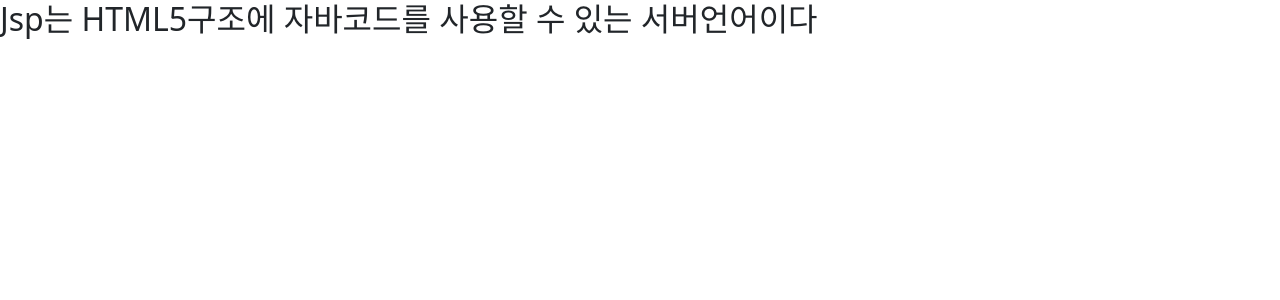
Repository: GANADAG/jspProject
Page: http://localhost/JspProject/day0228/jspStart_01.jsp
These files come from the project's save history. The page is drawn as it stood at one moment and after the next save; the edit follows.
The browser window is 1280 px wide. The pictures show the whole page.
Some web fonts or font styles are not loaded; a fallback is used. The page is served by Tomcat 9. Other server files are loaded and not shown.

Above is the page before, as saved 2024-02-28 00:52:32.

### JspProject/src/main/webapp/day0228/jspStart_01.jsp
<%@ page language="java" contentType="text/html; charset=UTF-8"
    pageEncoding="UTF-8"%>
<!DOCTYPE html>
<html>
<head>
<meta charset="UTF-8">
<link href="https://cdn.jsdelivr.net/npm/bootstrap@5.3.2/dist/css/bootstrap.min.css" rel="stylesheet">
<link href="https://fonts.googleapis.com/css2?family=Diphylleia&family=Dongle&family=Noto+Sans+KR:wght@100..900&family=Orbit&family=Stylish&display=swap" rel="stylesheet">
<script src="https://code.jquery.com/jquery-3.7.0.js"></script>

<title>Insert title here</title>
</head>
<body>
	<h2>Jsp는 HTML5구조에 자바코드를 사용할 수 있는 서버언어이다</h2>
</body>
</html>

After the next save:
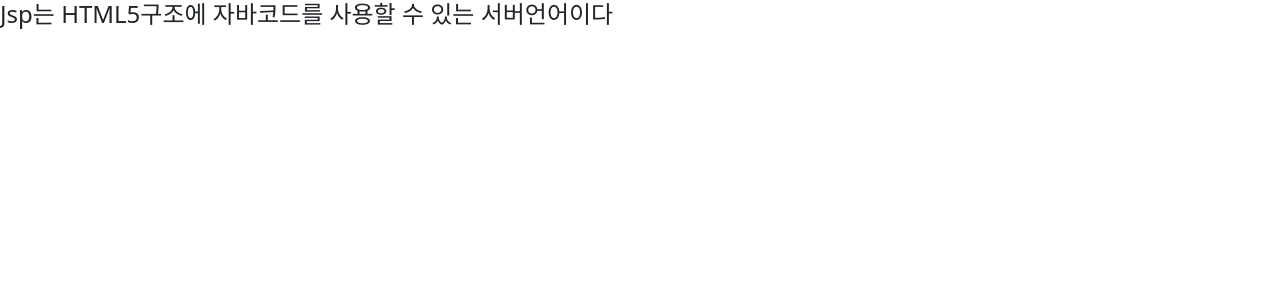
Saved 9 min 41 s later.
--- a/JspProject/src/main/webapp/day0228/jspStart_01.jsp
+++ b/JspProject/src/main/webapp/day0228/jspStart_01.jsp
@@ -11,6 +11,6 @@
 <title>Insert title here</title>
 </head>
 <body>
-	<h2>Jsp는 HTML5구조에 자바코드를 사용할 수 있는 서버언어이다</h2>
+	<h4>Jsp는 HTML5구조에 자바코드를 사용할 수 있는 서버언어이다</h4>
 </body>
 </html>
